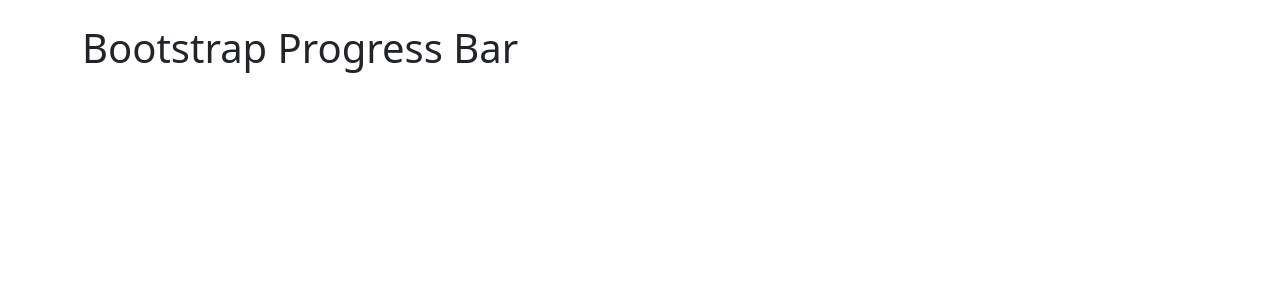
Repository: sarahlochhead/check-santas-list
Page: index-start.html
These files come from the project's save history. The page is drawn as it stood at one moment and after a run of saves; the edit follows.
The browser window is 1280 px wide. The pictures show the whole page.

Above is the page before, as saved 2022-11-29 14:42:50.

### index-start.html
<!DOCTYPE html>
<html lang="en">
<head>
    <meta charset="utf-8">
    <meta name="viewport" content="width=device-width, initial-scale=1, shrink-to-fit=no">
    <title>Progress Bar | Bootstrap</title>
    <!-- The purpose of progress bars is to show something is loading, in progress, or action taking place with elements on the page. -->
    <!-- STEP 1: Link to Bootstrap CSS -->
    <link href="https://cdn.jsdelivr.net/npm/bootstrap@5.2.3/dist/css/bootstrap.min.css" rel="stylesheet"
    integrity="sha384-rbsA2VBKQhggwzxH7pPCaAqO46MgnOM80zW1RWuH61DGLwZJEdK2Kadq2F9CUG65" crossorigin="anonymous">


</head>
    <!-- STEP 3: Review the HTML for the page -->
    <body class="container">
        <main>
            <header>
                <h1 class="mb-4 mt-4">Bootstrap Progress Bar</h1>
            </header>
            <!-- STEP 4: Create a div and add .progress and some top and bottom margin -->


            <!-- STEP 5: Create another div .progress-bar. Add the appropriate roles and aria attributes (b/c this is not the HTML5 semantic element <progress>)-->


                <!-- STEP 6: Change the value of width property to 25% percent and see what happens Note: The aria-valuenow should also be changed -->
                <!-- STEP 7: Add a label to the progress-bar by adding text in the div -->
                <!-- STEP 8: Add a bootstrap background color to the progress-bar (bg-info) -->
                <!-- STEP 9: Try adding a bootstrap class of .progress-bar-striped and .progress-bar-animated to the .progress-bar -->
                <!-- STEP 10: Create three more inner divs .progress-bar and change the color and width. (copy/paste) -->



            <!-- STEP 11: Set a height on the div.progress -->
            <!-- .progress -->
        </main>
        <!-- STEP 2: Link to Bootstrap JS -->
        <script src="https://cdn.jsdelivr.net/npm/bootstrap@5.2.3/dist/js/bootstrap.bundle.min.js"></script>
    </body>
</html>

After the next 2 saves:
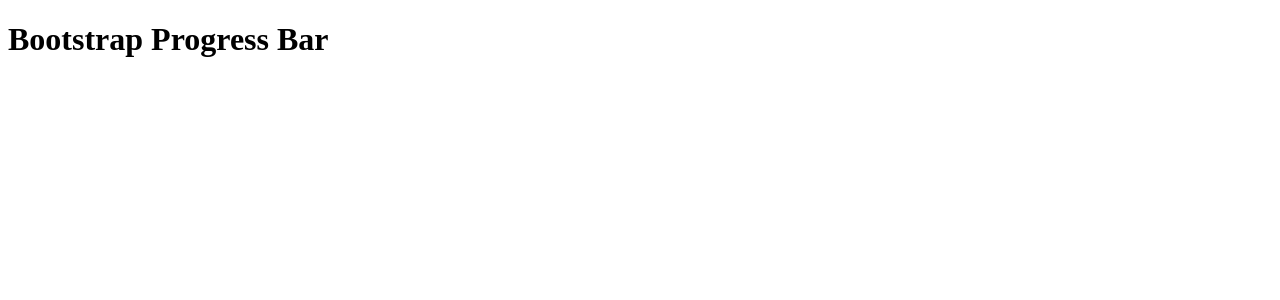
The 2 saves are shown as one change because they came seconds apart.
The last was saved 9 s later.
--- a/index-start.html
+++ b/index-start.html
@@ -6,8 +6,7 @@
     <title>Progress Bar | Bootstrap</title>
     <!-- The purpose of progress bars is to show something is loading, in progress, or action taking place with elements on the page. -->
     <!-- STEP 1: Link to Bootstrap CSS -->
-    <link href="https://cdn.jsdelivr.net/npm/bootstrap@5.2.3/dist/css/bootstrap.min.css" rel="stylesheet"
-    integrity="sha384-rbsA2VBKQhggwzxH7pPCaAqO46MgnOM80zW1RWuH61DGLwZJEdK2Kadq2F9CUG65" crossorigin="anonymous">
+
 
 
 </head>
@@ -35,6 +34,6 @@
             <!-- .progress -->
         </main>
         <!-- STEP 2: Link to Bootstrap JS -->
-        <script src="https://cdn.jsdelivr.net/npm/bootstrap@5.2.3/dist/js/bootstrap.bundle.min.js"></script>
+
     </body>
 </html>
